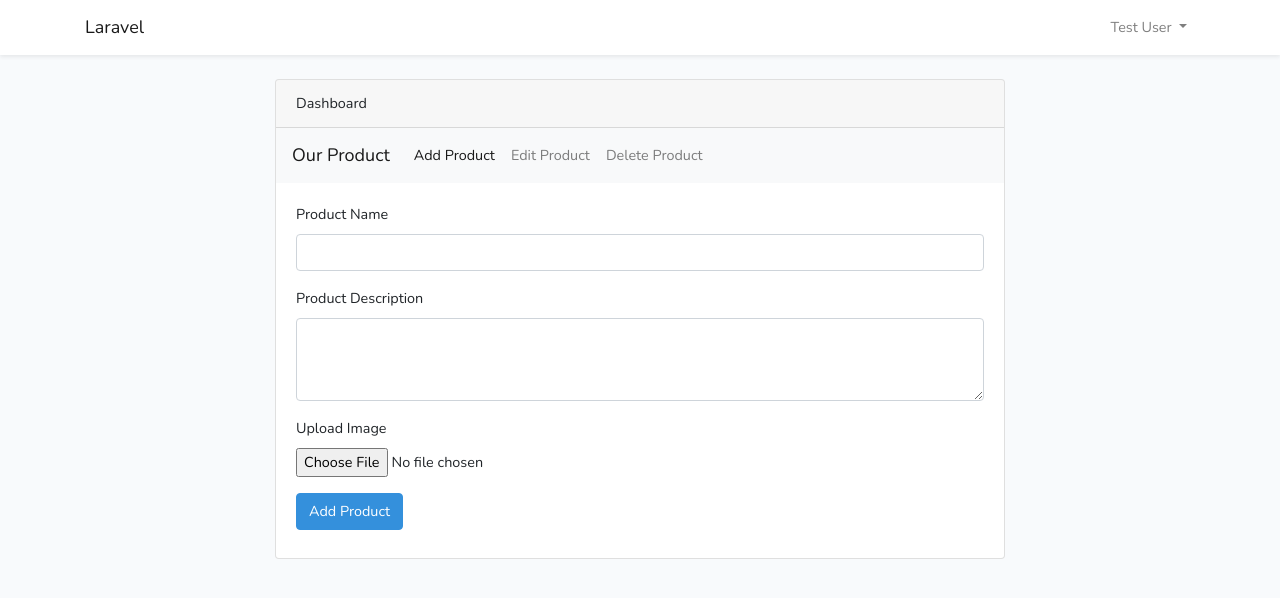
Repository: Fateen980/Tawfiq
Page: http://localhost/addProduct
The author's editor kept a copy of each file at every save. The page is drawn from the files as they stood at one save, then again after the next save.
The browser window is 1280 px wide. The pictures show the whole page.
The page is served by the project's Laravel application, run on PHP 8.4 with Laravel 8. A made-up administrator, Test User (test@example.com), is signed in.

Above is the page before, as saved 2020-09-17 08:34:42.

After the next save:
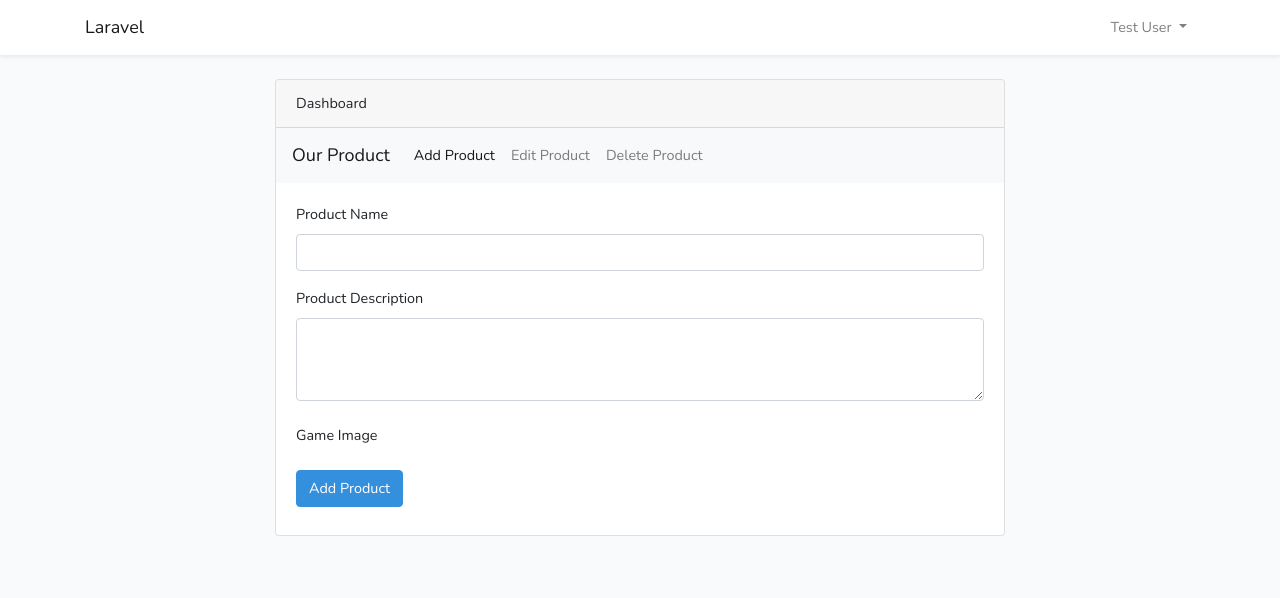
Saved 32 s later.
--- a/resources/views/addProduct.blade.php
+++ b/resources/views/addProduct.blade.php
@@ -52,10 +52,13 @@
   </div>
 
 
-  <div class="form-group">
-    <label for="file">Upload Image</label>
-    <input name="file" type="file" class="form-control-file" id="file">
-  </div>
+  <div class="form-group row">
+            <label for="gameimageid" class="col-sm-3 col-form-label">Game Image</label>
+            <div class="col-sm-9">
+                <input name="image" type="file" id="gameimageid" class="custom-file-input">
+                <span style="margin-left: 15px; width: 480px;" class="custom-file-control"></span>
+            </div>
+        </div>
 
 
   <button type="submit" class="btn btn-primary mb-2">Add Product</button>
